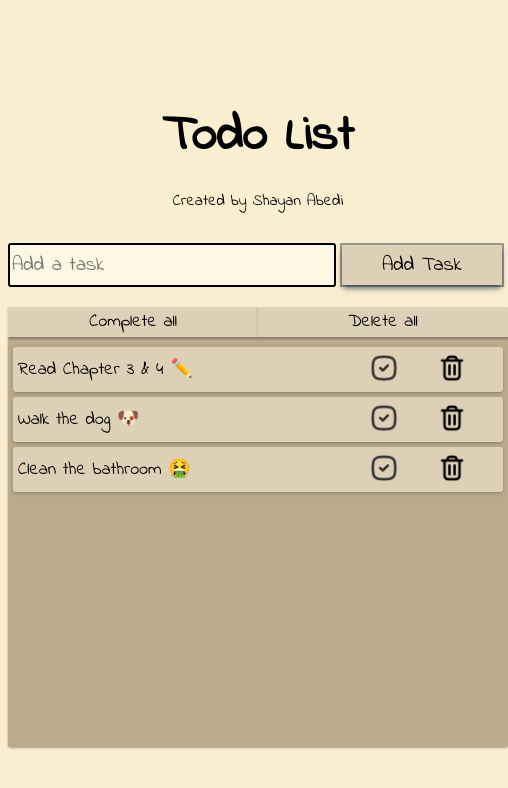
Repository: shayanabedi98/todo-list
Page: /
The author's editor kept a copy of each file at every save. The page is drawn from the files as they stood at one save, then again after the next save.
The browser window is 375 px wide. The page is 508 px wide, then 496 px, so the pictures cover 508 px, including what lies to the right of the window. The pictures show the whole page.
The project was rebuilt for these pictures with package versions that can differ from the ones it lists, and the page was loaded fresh each time. Also part of the build but not shown: vite.config.js.

Above is the page before, as saved 2023-12-30 19:54:07.

After the next save:
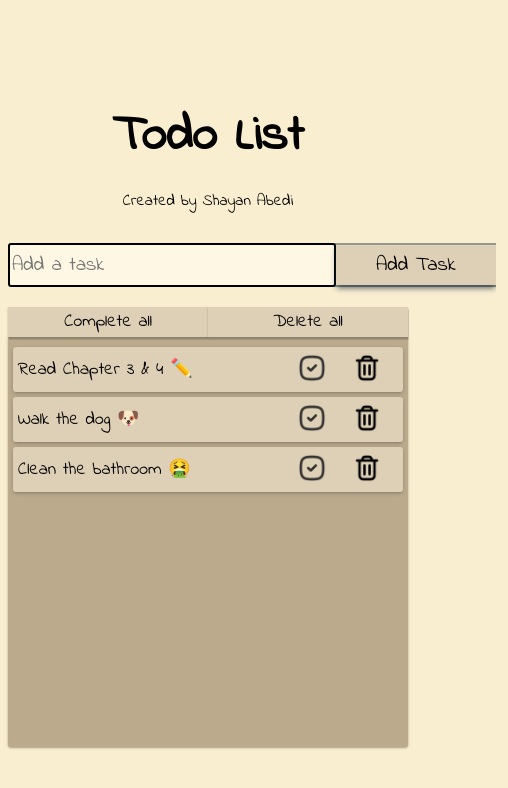
Saved 5 min 10 s later.
--- a/src/index.css
+++ b/src/index.css
@@ -114,3 +114,13 @@ h1,
 #developer {
   text-align: center;
 }
+
+@media (max-width: 525px) {
+  #developer,
+  h1,
+  .create-task,
+  .list,
+  .affect-all {
+    width: 400px;
+  }
+}
